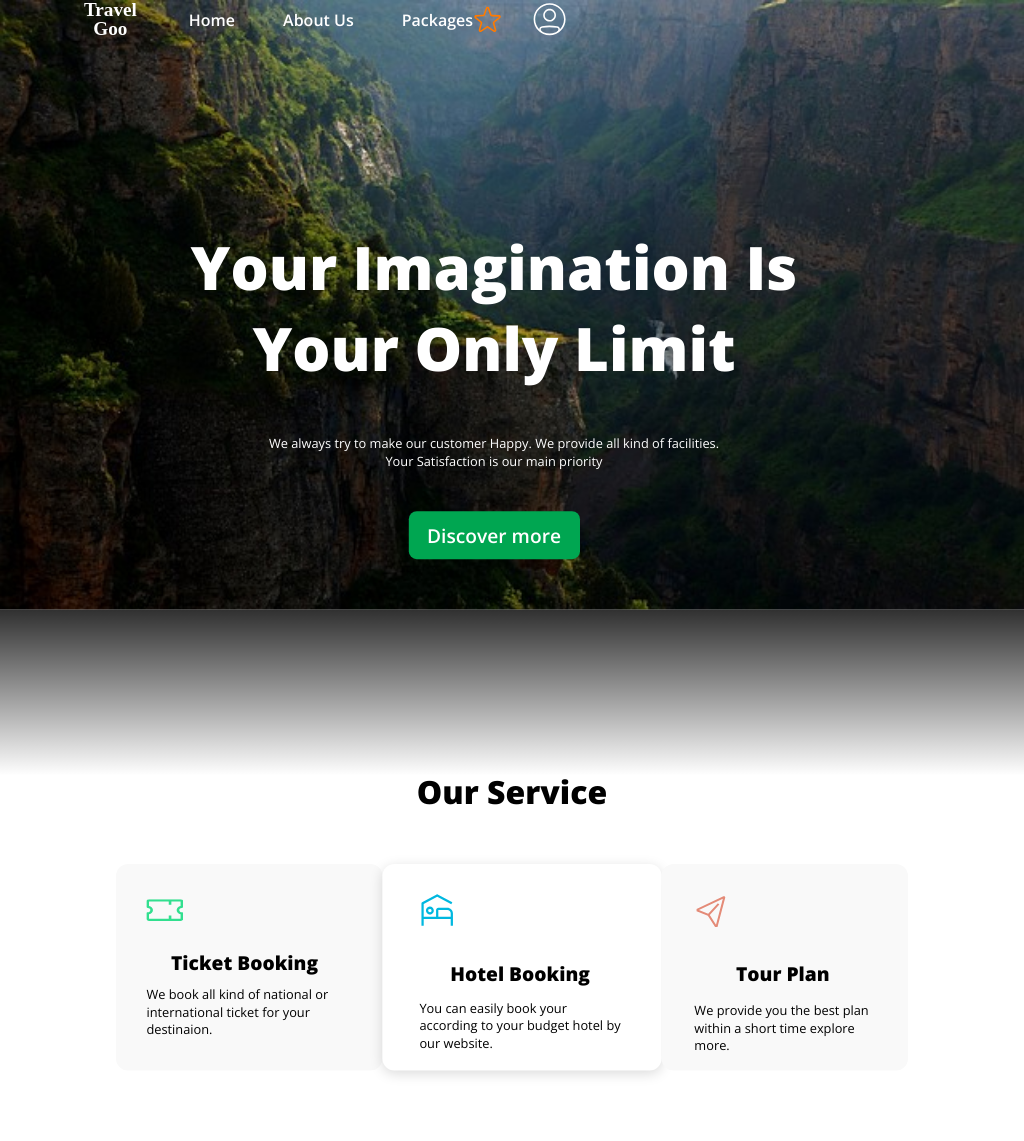
Repository: simralgasimov/back-project
Page: index.html
The author's editor kept a copy of each file at every save. The page is drawn from the files as they stood at one save, then again after the next save.
The browser window is 1280 px wide. The pictures show the whole page, at 80% of full size.
Some web fonts or font styles are not loaded; a fallback is used.

Above is the page before, as saved 2023-09-27 13:24:49.

### index.html
<!DOCTYPE html>
<html lang="en">
  <head>
    <meta charset="UTF-8" />
    <meta name="viewport" content="width=device-width, initial-scale=1.0" />
    <title>Document</title>
    <link rel="stylesheet" href="./index.css" />
  </head>
  <body>
    <div class="container">
      <div class="navbar">
        <div class="logo">
          Travel
          <div>Goo</div>
        </div>
        <div class="menu">
          <ul>
            <li>Home</li>
            <li>About Us</li>
            <li>Packages</li>
          </ul>
        </div>
        <div class="icon">
          <div class="star">
            <img src="./clarity_favorite-line.svg" alt="" />
          </div>
          <div class="user">
            <img src="./healthicons_ui-user-profile-outline.svg" alt="" />
          </div>
        </div>
      </div>
<div class="container-1">
  <div class="box">
    <h1>Your Imagination Is Your Only Limit</h1>
  </div>

  <div class="text-box">
    <p>
      We always try to make our customer Happy. We provide all kind of
      facilities. Your Satisfaction is our main priority
    </p>
  </div>

  <div class="button"><a href="#">Discover more</a></div>
</div>
</div>

    <div class="container-2">
      <h2>Our Service</h2>
      <div class="services">
        <div class="ticket">
          <img src="./Vector.svg" alt="" />
          <h1>Ticket Booking</h1>
          <p>
            We book all kind of national or international ticket for your
            destinaion.
          </p>
        </div>
        <div class="hotel">
          <img src="./carbon_hotel.svg" alt="" />
          <h1>Hotel Booking</h1>
          <p>
            You can easily book your according to your budget hotel by our
            website.
          </p>
        </div>
        <div class="tour">
          <img src="./cil_paper-plane.svg" alt="" />
          <h1>Tour Plan</h1>
          <p>We provide you the best plan within a short time explore more.</p>
        </div>
      </div>
    </div>
  </body>
</html>

### index.css
@import url("https://fonts.googleapis.com/css2?family=Laila:wght@400;600;700&family=Open+Sans:wght@400;600;800&display=swap");
* {
  padding: 0;
  margin: 0;
  box-sizing: border-box;
}

.container {
  /* position: relative;
  z-index: 0; */
  padding: 32px 145px 63px 100px;
  min-height: 100vh;
  width: auto;
  background-image: url("./canyon-1740973_640.jpg");
  background-repeat: no-repeat;
  background-size: 100% 100%;
}

.container .navbar {
  width: ;
  display: flex;
  justify-content: space-between;
  align-items: center;
  /* margin: auto; */
  position: fixed;
  top: 0;
}

.container .navbar .logo {
  width: 76px;
  color: #fff;
  text-align: center;
  font-family: Laila;
  font-size: 24px;
  font-style: normal;
  font-weight: 700;
  line-height: 102.5%; /* 24.6px */
}

.container .navbar .menu ul {
  list-style-type: none;
  display: flex;
}

.container .navbar .menu ul li {
  color: #fff;
  font-family: Open Sans;
  font-size: 20px;
  font-style: normal;
  font-weight: 600;
  line-height: normal;
  justify-content: space-between;
  margin-left: 60px;
}

.container .navbar .icon {
  display: flex;
  justify-content: space-between;
  align-items: center;
}

.container .navbar .icon .star {
  margin-right: 36px;
  width: 36px;
  height: 36px;
}
.container .navbar .icon .user {
  width: 48px;
  height: 48px;
}

.container .box {
  display: flex;
  justify-content: center;
  text-align: center;
}
.container .box h1 {
  width: 779px;
  color: #fff;
  text-align: center;
  font-family: Open Sans;
  font-size: 75px;
  font-style: normal;
  font-weight: 800;
  line-height: normal;
  margin-top: 250px;
}

.container .text-box {
  margin-top: 57px;
  display: flex;
  justify-content: center;
  text-align: center;
}
.container .text-box p {
  width: 568px;
  color: #fff;
  text-align: center;
  font-family: Open Sans;
  font-size: 16px;
  font-style: normal;
  font-weight: 400;
  line-height: normal;
}

.container .button {
  border: none;
  width: 214px;
  height: 60px;
  border-radius: 10px;
  background: #00a651;
  display: flex;
  margin: auto;
  margin-top: 52px;
}

.container .button a {
  /* display: flex;
    justify-content: center;
    text-align: center;
    align-items: center; */
  margin: auto;
  text-decoration: none;
  color: #fff;
  text-align: center;
  font-family: Open Sans;
  font-size: 24px;
  font-style: normal;
  font-weight: 600;
  line-height: normal;
}

.container-2 {
  padding: 200px 145px 88px 145px;
  background: linear-gradient(
    180deg,
    rgba(0, 0, 0, 0.81) 0%,
    rgba(72, 72, 72, 0) 31.25%,
    rgba(158, 158, 158, 0) 77.6%,
    #fff 85.42%
  );
}

.container-2 h2 {
  margin-bottom: 63px;
  /* display: flex;
        text-align: center;
        justify-content: center; */
  color: #000;
  text-align: center;
  font-family: Open Sans;
  font-size: 40px;
  font-style: normal;
  font-weight: 700;
  line-height: normal;
}

.container-2 .services {
  display: flex;
  /* margin: auto; */
  justify-content: space-between;
}

.container-2 .services .ticket {
  padding: 44px 50px 20px 38px;
  /* width: 416px;
height: 232px; */
  border-radius: 15px;
  background: #f9f9f9;
}

.container-2 .services .ticket h1 {
  margin-top: 30px;
  margin-bottom: 13px;
  color: #000;
  text-align: center;
  font-family: Open Sans;
  font-size: 24px;
  font-style: normal;
  font-weight: 700;
  line-height: normal;
}

.container-2 .services .ticket p {
  color: #000;
  font-family: Open Sans;
  font-size: 16px;
  font-style: normal;
  font-weight: 400;
  line-height: normal;
}

.container-2 .services .hotel {
  padding: 35px 51px 20px 46px;
  border-radius: 15px;
  background: #fff;
  box-shadow: 0px 4px 16px 0px rgba(0, 0, 0, 0.15);
}

.container-2 .services .hotel h1 {
  margin-top: 36px;
  margin-bottom: 16px;
  color: #000;
  text-align: center;
  font-family: Open Sans;
  font-size: 24px;
  font-style: normal;
  font-weight: 700;
  line-height: normal;
}

.container-2 .services .hotel p {
  color: #000;
  font-family: Open Sans;
  font-size: 16px;
  font-style: normal;
  font-weight: 400;
  line-height: normal;
}

.container-2 .services .tour {
  padding: 39px 46px 20px 41px;
  border-radius: 15px;
  background: #f9f9f9;
}

.container-2 .services .tour h1 {
  margin-top: 36px;
  margin-bottom: 19px;
  color: #000;
  text-align: center;
  font-family: Open Sans;
  font-size: 24px;
  font-style: normal;
  font-weight: 700;
  line-height: normal;
}
.container-2 .services .tour p {
  color: #000;
  font-family: Open Sans;
  font-size: 16px;
  font-style: normal;
  font-weight: 400;
  line-height: normal;
}

After the next save:
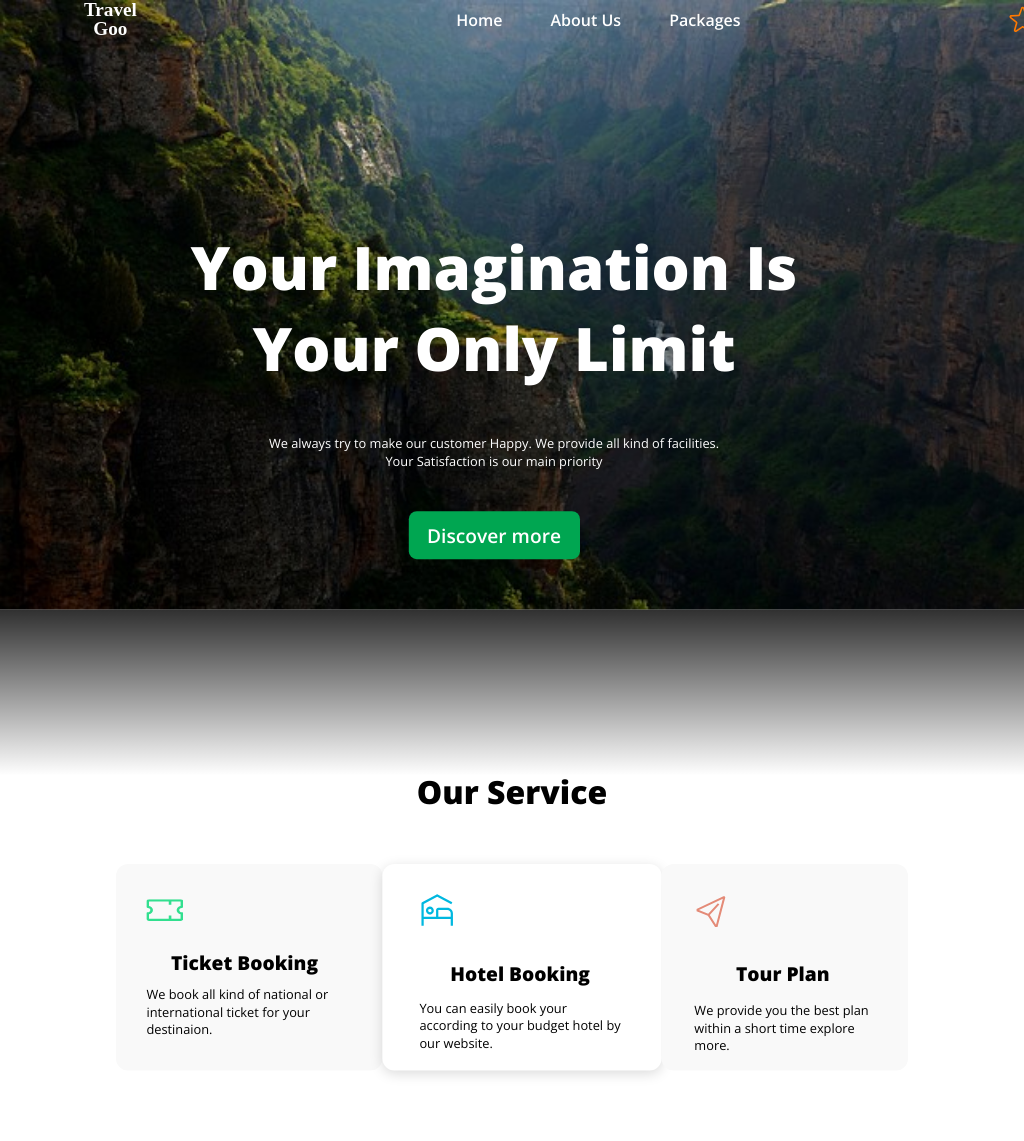
Saved 4 s later.
--- a/index.css
+++ b/index.css
@@ -17,7 +17,7 @@
 }
 
 .container .navbar {
-  width: ;
+  width: 100%;
   display: flex;
   justify-content: space-between;
   align-items: center;
